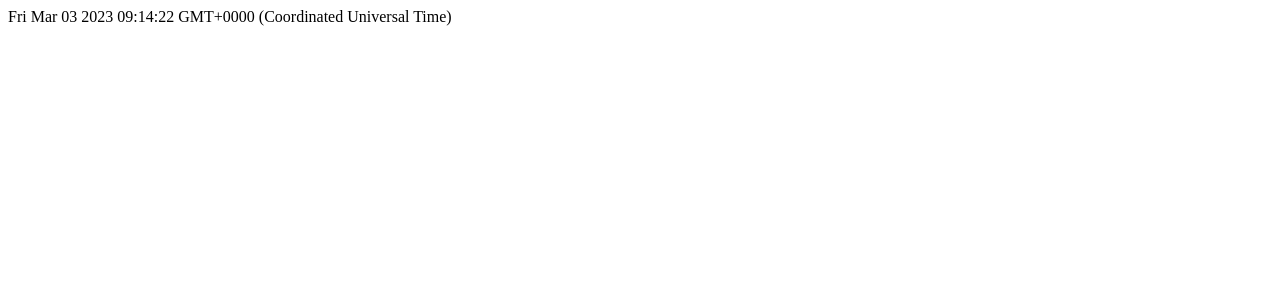
Repository: albinsabu2023/Stopwatch-program
Page: index.html
An editor plug-in stored every save of this project. The page is shown before and after the next save, followed by the edit.
The browser window is 1280 px wide. The pictures show the whole page.

Above is the page before, as saved 2023-03-03 12:03:22.

After the next save:
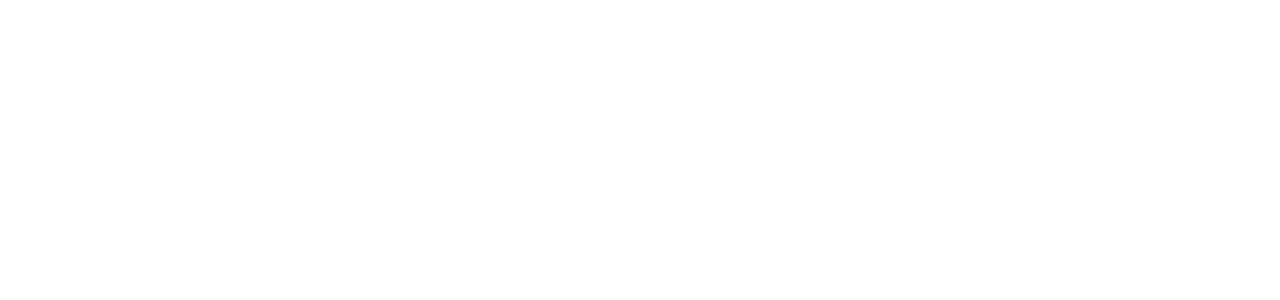
Console error: SyntaxError: Unexpected token ';'
Saved 97 s later.
--- a/index.js
+++ b/index.js
@@ -89,6 +89,8 @@
     let hours = date.getHours();
     let minutes = date.getMinutes();
     let seconds = date.getSeconds();
+    let amOrPm = (hours>=12) ?hours%12 || 12;
+    return `${hours} :${minutes}:${seconds}/${amOrPm}`
   }
 }
 update();

After the 3 saves that followed:
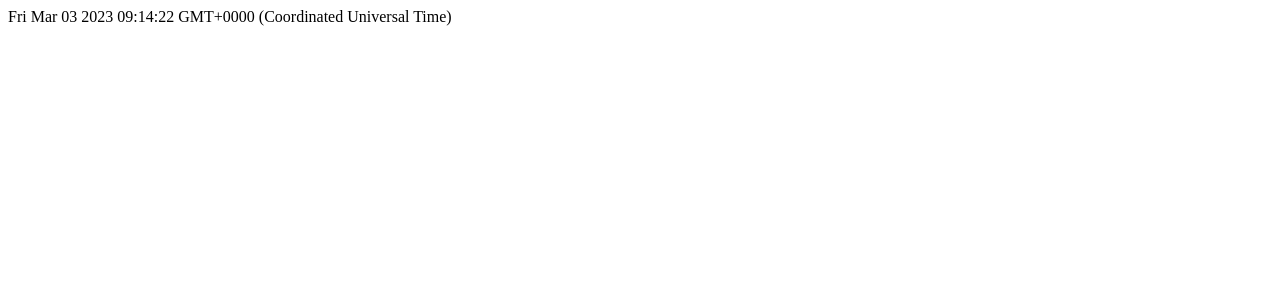
The error is gone.
The 3 saves are shown as one change because 2 left the picture as it was.
The last was saved 40 s later.
--- a/index.js
+++ b/index.js
@@ -89,8 +89,8 @@
     let hours = date.getHours();
     let minutes = date.getMinutes();
     let seconds = date.getSeconds();
-    let amOrPm = (hours>=12) ?hours%12 || 12;
-    return `${hours} :${minutes}:${seconds}/${amOrPm}`
+    let amOrPm = hours >= 12 ? "am" : "pm";
+    return `${hours} :${minutes}:${seconds}/${amOrPm}`;
   }
 }
 update();
